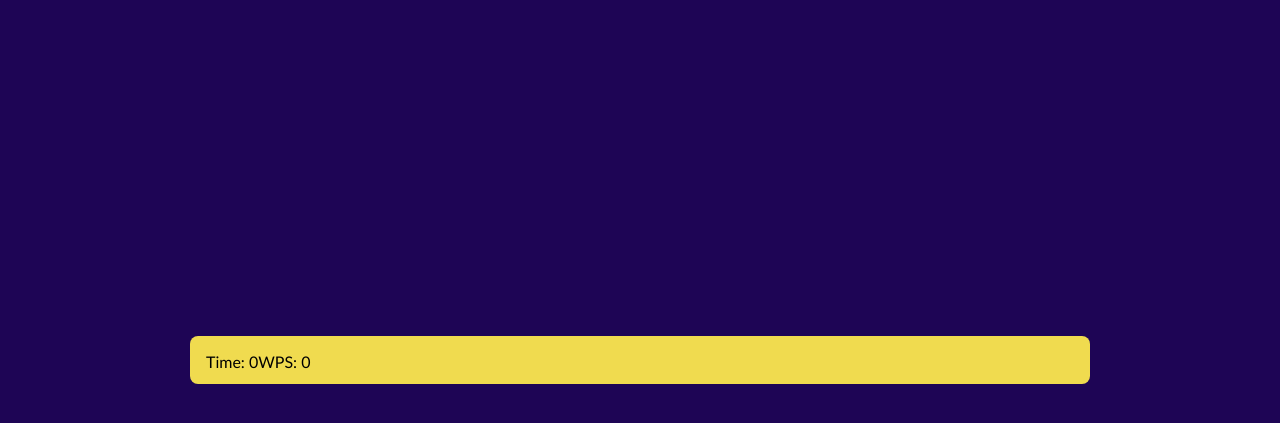
Repository: KhangNguyenIU/Vanilajs-TypingSpeed
Page: index.html
An editor plug-in stored every save of this project. The page is shown before and after the next save, followed by the edit.
The browser window is 1280 px wide. The pictures show the whole page.
The page's requests for data from a server got no answer.

Above is the page before, as saved 2021-10-15 13:37:54.

After the next save:
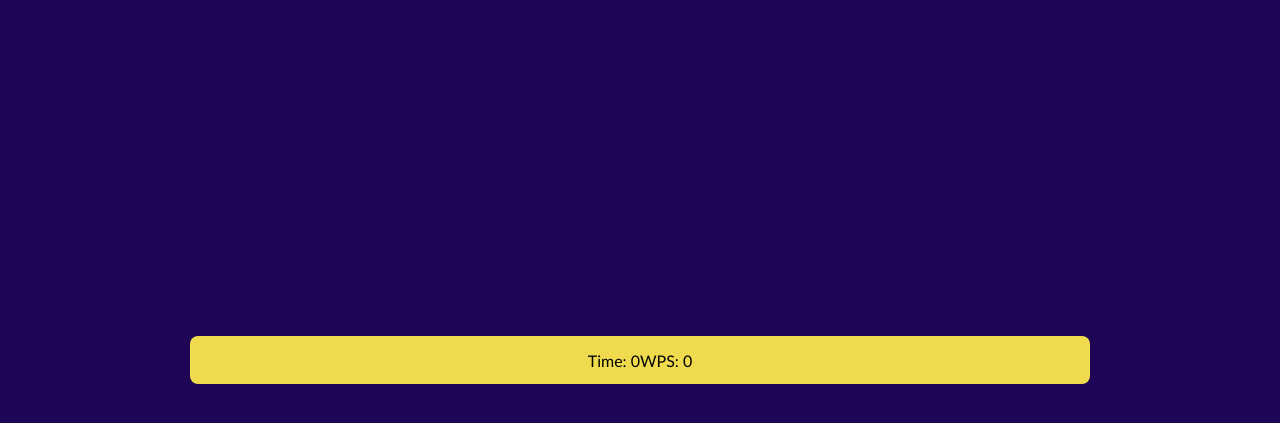
Saved 60 s later.
--- a/index.html
+++ b/index.html
@@ -22,17 +22,18 @@
   <body>
     <body>
       <div class="container">
+        <div class="display-info">
+          <div class="timer">
+            <span>Time: </span>
+            <span id="timer">0</span>
+          </div>
+          <div class="word-speed">
+            <span> WPS: </span>
+            <span id="word-speed"> 0.0 </span>
+          </div>
+        </div>
         <div class="typing-box">
-          <div class="display-info">
-            <div class="timer">
-              <span>Time: </span>
-              <span id="timer">0</span>
-            </div>
-            <div class="word-speed">
-              <span> WPS: </span>
-              <span id="word-speed"> 0.0 </span>
-            </div>
-          </div>
+
 
           <div class="quote-display" id="quoteDisplay"></div>
         </div>
